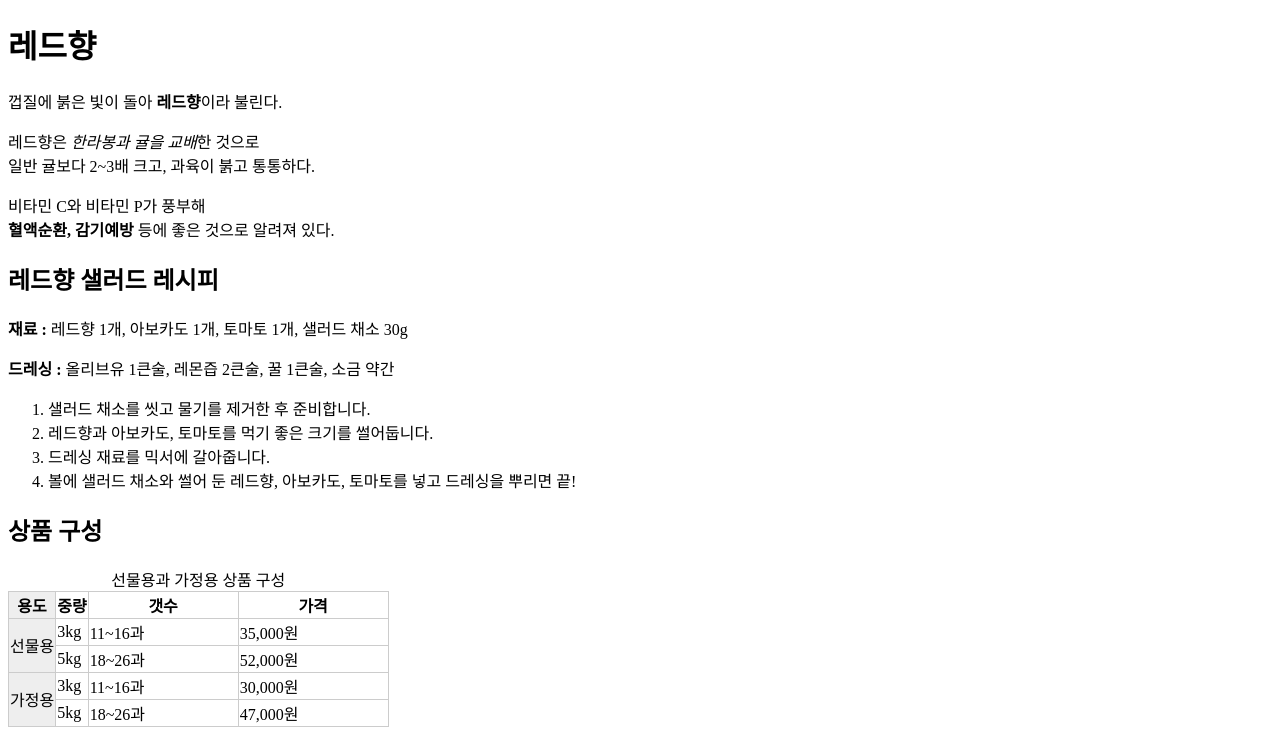
Repository: topyoungil/CodeMemories-ByJake
Page: HTML_CSS/WebContent/test/1003_css/product-result.html
An editor plug-in stored every save of this project. The page is shown before and after the next save, followed by the edit.
The browser window is 1280 px wide. The pictures show the whole page.

Above is the page before, as saved 2022-10-03 05:46:55.

### HTML_CSS/WebContent/test/1003_css/product-result.html
<!DOCTYPE html>
<html>
<head>
<meta charset="UTF-8">
<title>Insert title here</title>
<style>
	table, th, td {
		border: 1px solid #ccc;
		border-collapse: collapse;
	}

</style>
</head>
<body>
<div id="container">
    <div id="description">
      <h1>레드향</h1>
      <p>껍질에 붉은 빛이 돌아 <b>레드향</b>이라 불린다.</p>
      <p>레드향은 <em>한라봉과 귤을 교배</em>한 것으로<br>일반 귤보다 2~3배 크고, 과육이 붉고 통통하다.</p>
      <p>비타민 C와 비타민 P가 풍부해<br> <strong>혈액순환, 감기예방</strong> 등에 좋은 것으로 알려져 있다.</p>
    </div>
    <div id="receipe">
      <h2>레드향 샐러드 레시피</h2>
      <p><b>재료 : </b>레드향 1개, 아보카도 1개, 토마토 1개, 샐러드 채소 30g</p>
      <p><b>드레싱 : </b>올리브유 1큰술, 레몬즙 2큰술, 꿀 1큰술, 소금 약간</p>
      <ol>
        <li>샐러드 채소를 씻고 물기를 제거한 후 준비합니다.</li>
        <li>레드향과 아보카도, 토마토를 먹기 좋은 크기를 썰어둡니다.</li>
        <li>드레싱 재료를 믹서에 갈아줍니다.</li>
        <li>볼에 샐러드 채소와 썰어 둔 레드향, 아보카도, 토마토를 넣고 드레싱을 뿌리면 끝!</li>
      </ol>
    </div>
    <div id="package">
      <h2>상품 구성</h2>
      <table>
        <caption>선물용과 가정용 상품 구성</caption>
        <colgroup>
          <col style="background-color:#eee;">
          <col>
          <col span="2" style="width:150px">
        </colgroup>
        <thead>
          <tr>
            <th>용도</th>
            <th>중량</th>
            <th>갯수</t>
            <th>가격</th>
          </tr>
        </thead>
        <tbody>
          <tr>
            <td rowspan="2">선물용</td>
            <td>3kg</td>
            <td>11~16과</td>
            <td>35,000원</td>
          </tr>
          <tr>
            <td>5kg</td>
            <td>18~26과</td>
            <td>52,000원</td>
          </tr>
          <tr>
            <td rowspan="2">가정용</td>
            <td>3kg</td>
            <td>11~16과</td>
            <td>30,000원</td>
          </tr>
          <tr>
            <td>5kg</td>
            <td>18~26과</td>
            <td>47,000원</td>
          </tr>
        </tbody>
      </table>
    </div>
    </div>
</body>
</html>

After the next save:
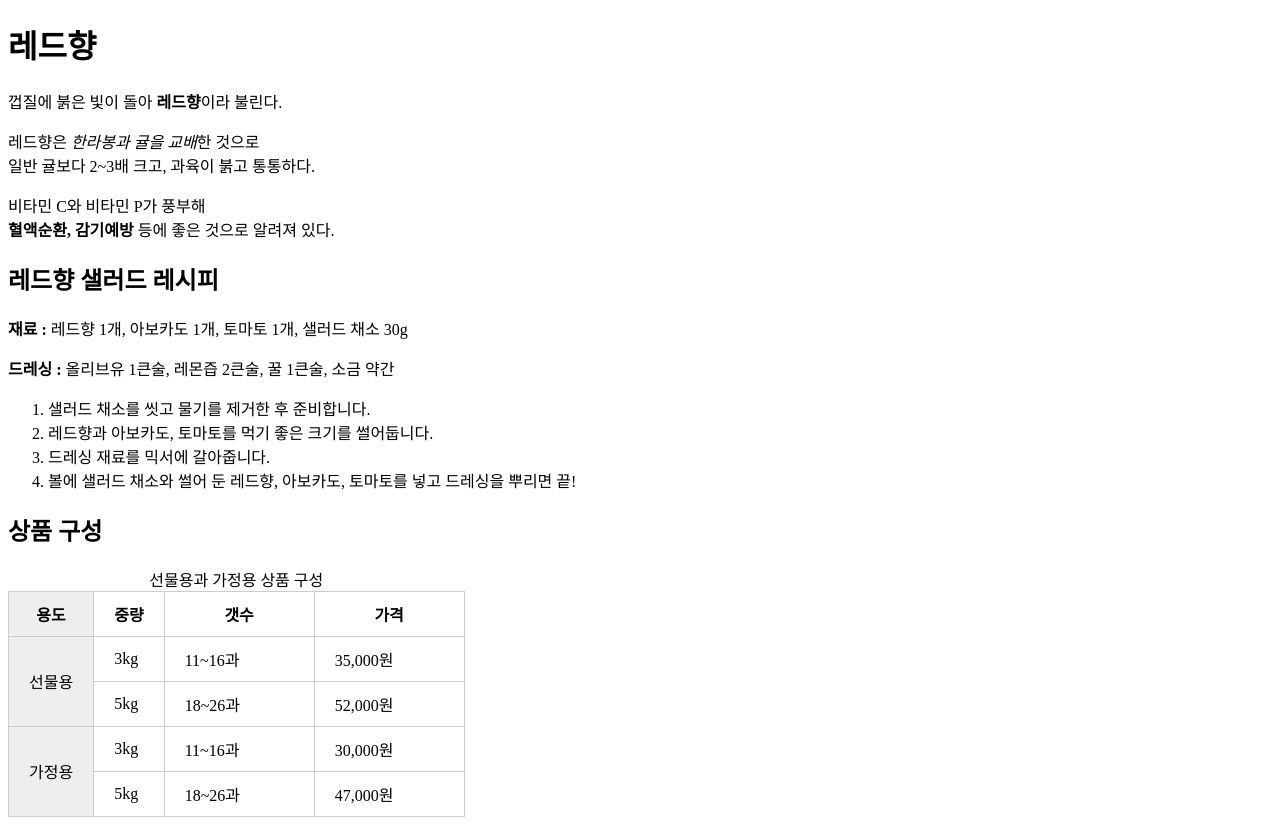
Saved 26 s later.
--- a/HTML_CSS/WebContent/test/1003_css/product-result.html
+++ b/HTML_CSS/WebContent/test/1003_css/product-result.html
@@ -7,6 +7,9 @@
 	table, th, td {
 		border: 1px solid #ccc;
 		border-collapse: collapse;
+	}
+	th, td {
+		padding: 10px 20px;
 	}
 
 </style>
